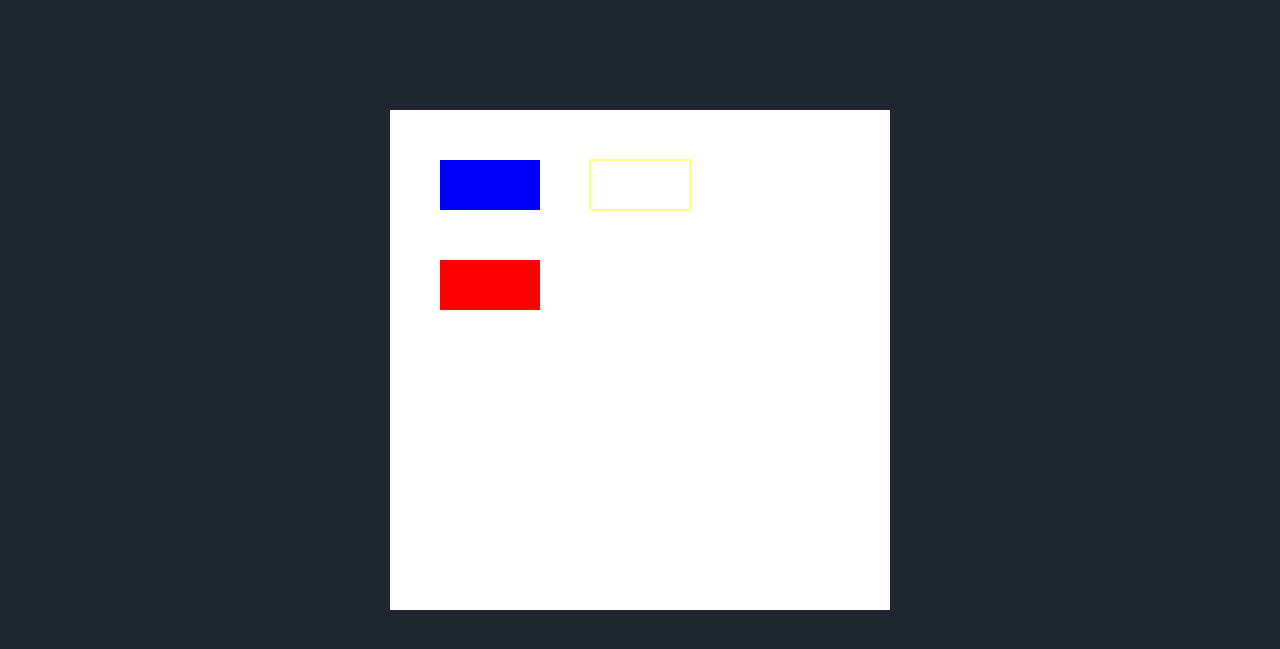
Repository: thecodeholic/cst-javascript-course
Page: /
The author's editor kept a copy of each file at every save. The page is drawn from the files as they stood at one save, then again after the next save.
The browser window is 1280 px wide. The pictures show the whole page.
The project was rebuilt for these pictures with package versions that can differ from the ones it lists, and the page was loaded fresh each time.

Above is the page before, as saved 2020-11-25 09:37:39.

### index.html
<!doctype html>
<html lang="en">
  <head>
    <!-- Required meta tags -->
    <meta charset="utf-8">
    <meta name="viewport" content="width=device-width, initial-scale=1, shrink-to-fit=no">

    <!-- Bootstrap CSS -->
    <link rel="stylesheet" href="https://stackpath.bootstrapcdn.com/bootstrap/4.5.2/css/bootstrap.min.css" integrity="sha384-JcKb8q3iqJ61gNV9KGb8thSsNjpSL0n8PARn9HuZOnIxN0hoP+VmmDGMN5t9UJ0Z" crossorigin="anonymous">

    <title>Javascript Course</title>

    <link rel="stylesheet" href="app.css">
  </head>
  <body>
    <canvas id="myCanvas" width="500" height="500">Your browser does not support canvas</canvas>
    <script src="app.js"></script>
    <!-- <script src="homework.js"></script> -->
  </body>
</html>

### app.css
* {
    box-sizing: border-box;
}
html {
    height: 100%;
}

body {
    background-color: rgb(31, 38, 48);
    display: flex;
    align-items: center;
    justify-content: center;
    height: 100%;;
}

canvas {
    background-color: #FFF;

}

### app.js
// What is canvas?
// https://developer.mozilla.org/en-US/docs/Web/API/Canvas_API/Tutorial
// https://www.w3schools.com/html/html5_canvas.asp
// https://www.w3schools.com/graphics/canvas_intro.asp
// https://www.w3schools.com/graphics/canvas_reference.asp
// https://developer.mozilla.org/en-US/docs/Web/API/Canvas_API

// How to create it and use it
const canvas = document.getElementById('myCanvas');
const ctx = canvas.getContext('2d');

// Draw rectangles
// =================
// fillRect
ctx.fillStyle = 'blue';
ctx.fillRect(50, 50, 100, 50);
ctx.fillStyle = 'red';
ctx.fillRect(50, 150, 100, 50)

// strokeRect
ctx.strokeStyle = 'yellow';
ctx.strokeRect(200, 50, 100, 50);

// clearRect

// fillText

// strokeText

// Paths   beginPath, moveTo, lineTo, closePath, stroke, fill
// ==============

// Arcs
// ====================

// Draw image
// ====================

// Write text
// ====================

// Ball animation

Loaded but not shown: src/index.js (no copy from this time; the picture is the same without it)

After the next save:
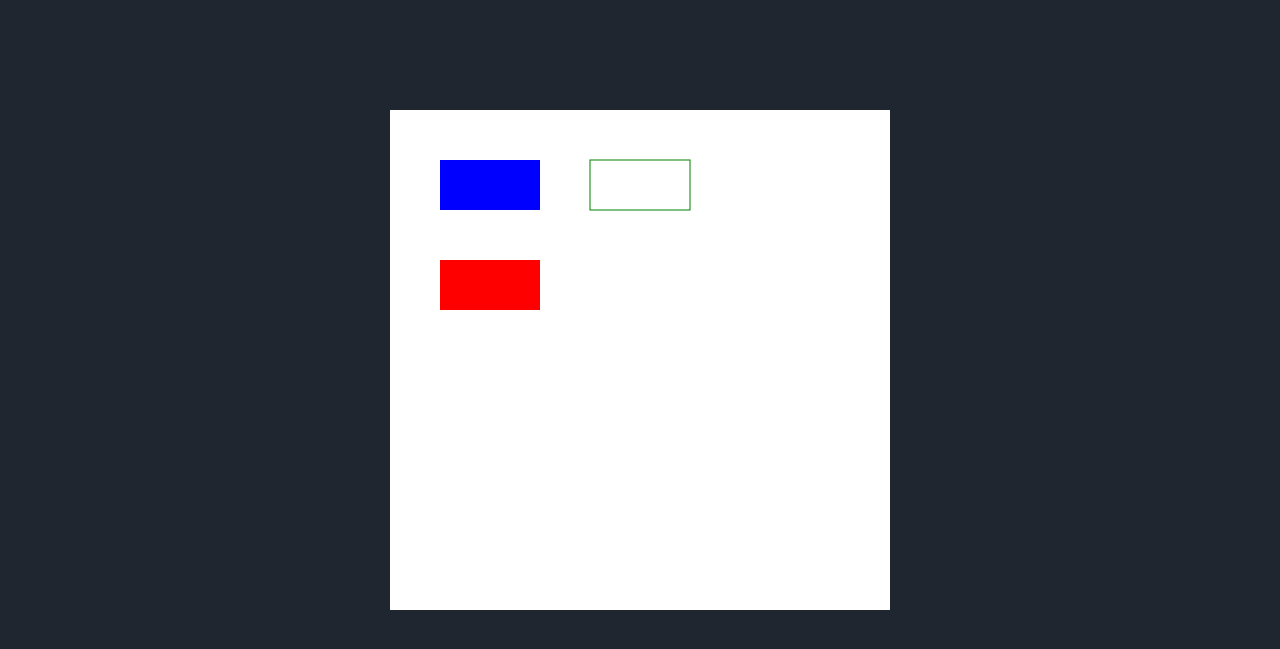
Saved 8 s later.
--- a/app.js
+++ b/app.js
@@ -18,7 +18,7 @@ ctx.fillStyle = 'red';
 ctx.fillRect(50, 150, 100, 50)
 
 // strokeRect
-ctx.strokeStyle = 'yellow';
+ctx.strokeStyle = 'green';
 ctx.strokeRect(200, 50, 100, 50);
 
 // clearRect
